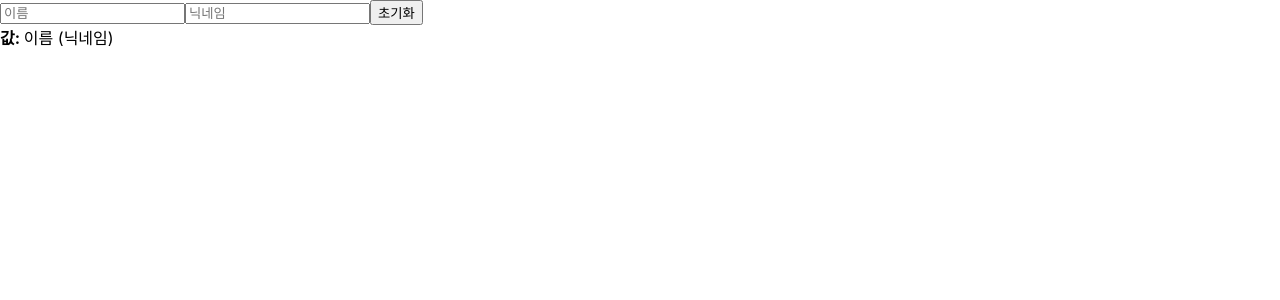
Repository: sojihwan/react-restart
Page: / (app in re-recat/)
An editor plug-in stored every save of this project. The page is shown before and after the next save, followed by the edit.
The browser window is 1280 px wide. The pictures show the whole page.
The project was rebuilt for these pictures with package versions that can differ from the ones it lists, and the page was loaded fresh each time. Also part of the build but not shown: re-recat/src/App.css.

Above is the page before, as saved 2022-09-05 13:01:44.

### re-recat/src/App.js
import React from 'react';
// import Hello from './step1/Hello';
// import Porps from './step2/props'
// import Wrapper from './step2/Wrapper';
// import Counter from './step3/Counter';
import InputSample from './step4/InputSample';
import './App.css';


function App() {
  // step1
  // const name = 'react';
  // const style = {
  //   backgroundColor: 'black',
  //   color: 'aqua',
  //   fontSize: 24, // 기본 단위 px
  //   padding: '1rem' // 다른 단위 사용 시 문자열로 설정
  // }

  // return (
  //   <>
  //     {/* 주석은 화면에 보이지 않습니다 */}
  //     <Hello
  //        열리는 태그 내부에서는 이렇게 주석을 작성 할 수 있습니다.
  //     />
  //     <div style={style}>{name}</div>
  //     <div className="gray-box"></div>
  //   </>
  // );

  //step2
  // return (
  //   <Wrapper>
  //     <Porps name="react" color="red"/>
  //     <Porps color="pink"/>
  //   </Wrapper>
  // );

  //step3
  // return (
  //   <Counter />
  // );

  //step4
  return (
    <InputSample />
  );
}

export default App;

### re-recat/src/step4/InputSample.js
import React, { useState } from 'react';

function InputSample() {
  const onChange = (e) => {
  };

  const onReset = () => {
  };


  return (
    <div>
      <input placeholder="이름" />
      <input placeholder="닉네임" />
      <button onClick={onReset}>초기화</button>
      <div>
        <b>값: </b>
        이름 (닉네임)
      </div>
    </div>
  );
}

export default InputSample;

Loaded but not shown: re-recat/public/index.html (common file); re-recat/src/index.js (common file); re-recat/src/index.css (common file); re-recat/src/reportWebVitals.js (common file)

After the next save:
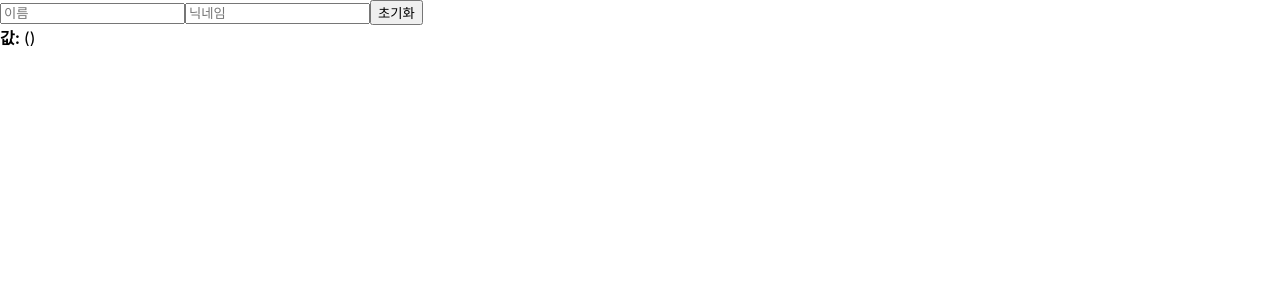
Saved 33 s later.
--- a/re-recat/src/step4/InputSample.js
+++ b/re-recat/src/step4/InputSample.js
@@ -1,21 +1,37 @@
 import React, { useState } from 'react';
 
 function InputSample() {
+  const [inputs, setInputs] = useState({
+    name: '',
+    nickname: ''
+  });
+
+  const { name, nickname } = inputs; // 비구조화 할당을 통해 값 추출
+
   const onChange = (e) => {
+    const { value, name } = e.target; // 우선 e.target 에서 name 과 value 를 추출
+    setInputs({
+      ...inputs, // 기존의 input 객체를 복사한 뒤
+      [name]: value // name 키를 가진 값을 value 로 설정
+    });
   };
 
   const onReset = () => {
+    setInputs({
+      name: '',
+      nickname: '',
+    })
   };
 
 
   return (
     <div>
-      <input placeholder="이름" />
-      <input placeholder="닉네임" />
+      <input name="name" placeholder="이름" onChange={onChange} value={name} />
+      <input name="nickname" placeholder="닉네임" onChange={onChange} value={nickname}/>
       <button onClick={onReset}>초기화</button>
       <div>
         <b>값: </b>
-        이름 (닉네임)
+        {name} ({nickname})
       </div>
     </div>
   );
